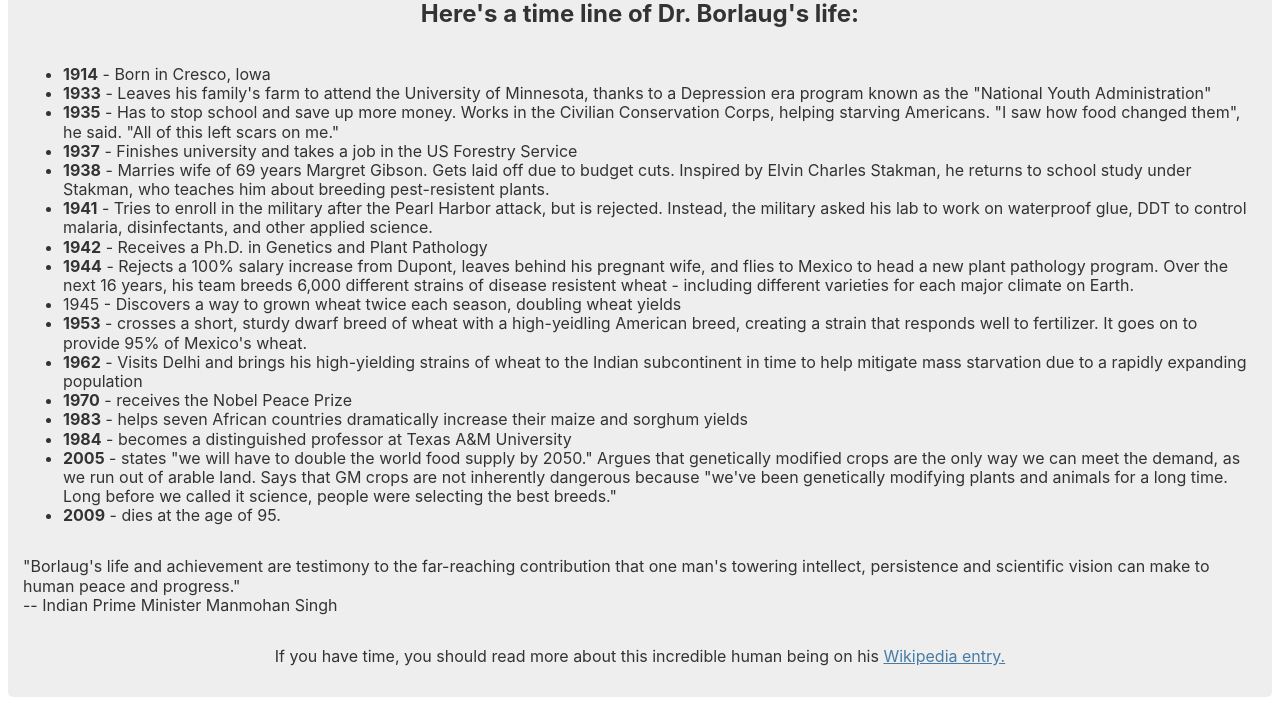
Repository: Lungdjos/tribute-page-certificate
Page: index.html
The author's editor kept a copy of each file at every save. The page is drawn from the files as they stood at one save, then again after a run of saves.
The browser window is 1280 px wide. The pictures show the part of the page from y = 508 to 1259 px (the page is 1235 px tall before and 1259 px after).
A picture or video elsewhere on the page could not be fetched, so the positions and the page height are approximate.

Above is the page before, as saved 2023-10-30 12:37:25.

After the next 2 saves:
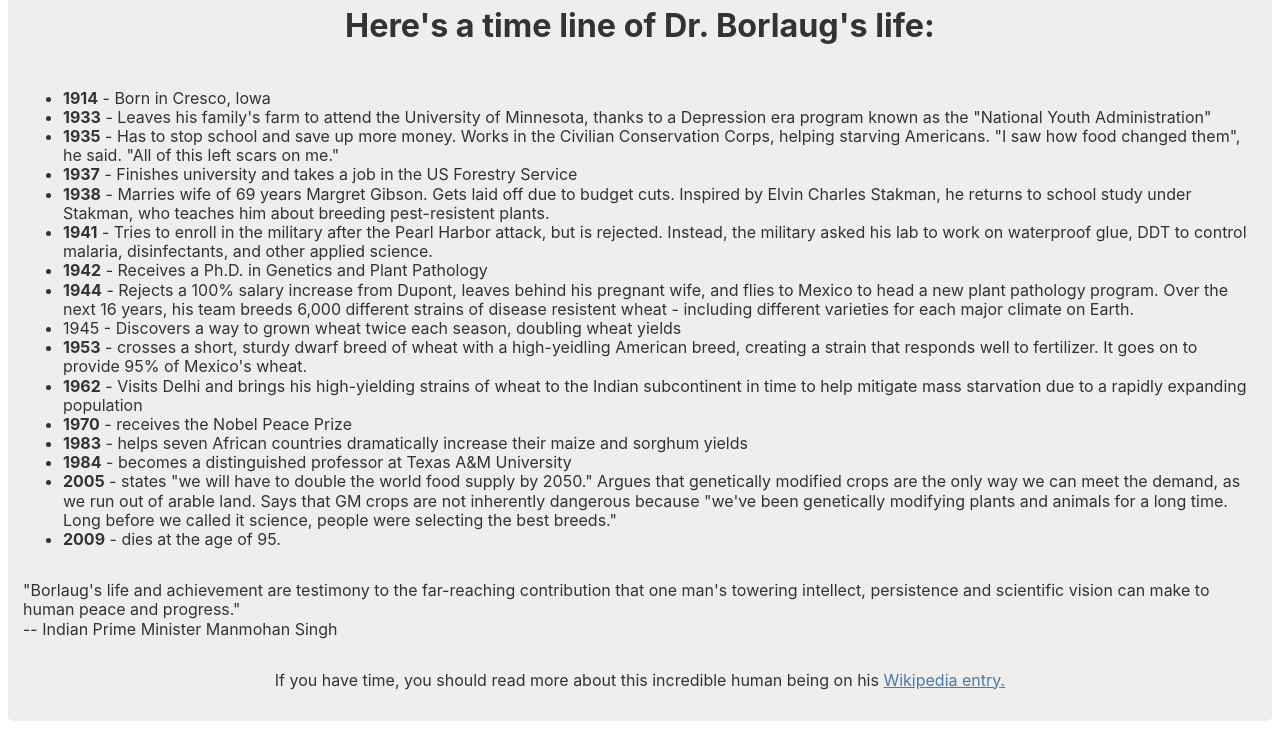
The 2 saves are shown as one change because they came seconds apart.
The last was saved 9 s later.
--- a/styles.css
+++ b/styles.css
@@ -25,7 +25,7 @@
     }
 
     h2 {
-        font-size: ;
+        font-size: 3.23rem;
     }
 
     #main {
